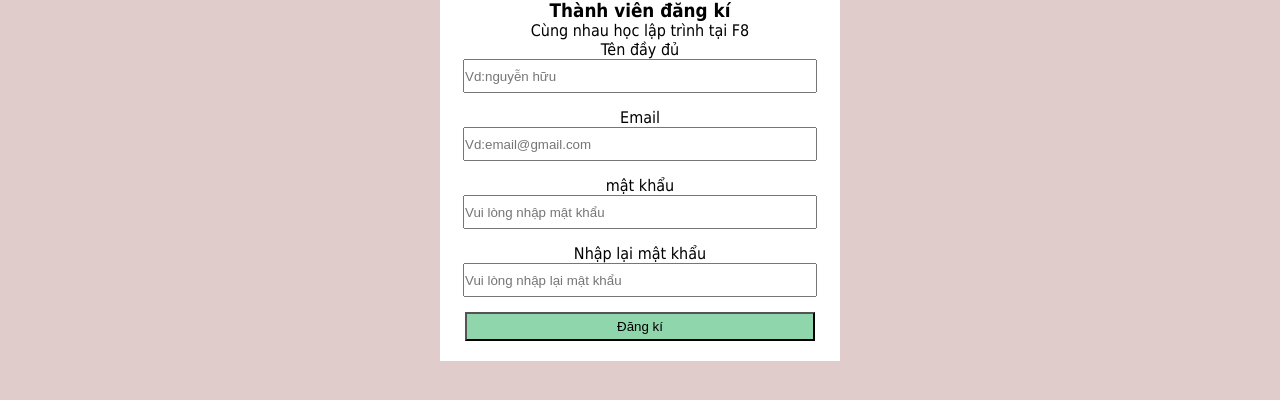
Repository: HuunvDev/Validator
Page: index.html
An editor plug-in stored every save of this project. The page is shown before and after a run of saves, followed by the edit.
The browser window is 1280 px wide. The pictures show the whole page.

Above is the page before, as saved 2022-08-20 08:59:38.

### index.html
<!DOCTYPE html>
<html lang="en">
<head>
    <meta charset="UTF-8">
    <meta http-equiv="X-UA-Compatible" content="IE=edge">
    <meta name="viewport" content="width=device-width, initial-scale=1.0">
    <title>Validitor</title>
    <link rel="stylesheet" href="style.css">
</head>
<body>
    <div class="main">
        <form action="" method="POST" class="form" id="form-1">
            <h3 class="heading">Thành viên đăng kí</h3>
            <p class="desc">Cùng nhau học lập trình tại F8</p>
            <div class="pacer"></div>
            <div class="form-group">
                <label for="fullName" class="form-lable">Tên đầy đủ</label><br>
                <input type="text" id="fullName" name="fullName" placeholder="Vd:nguyễn hữu"><br>
                <span class="form-message"></span>
            </div>
            <div class="form-group">
                <label for="email" class="form-lable">Email</label><br>
                <input type="text" id="email" name="email" placeholder="Vd:email@gmail.com"><br>
                <span class="form-message"></span>
            </div>
            <div class="form-group">
                <label for="password" class="form-lable">mật khẩu</label><br>
                <input type="text" id="password" name="password" placeholder="Vui lòng nhập mật khẩu"><br>
                <span class="form-message"></span>
            </div>
            <div class="form-group">
                <label for="password_confirmation" class="form-lable">Nhập lại mật khẩu</label><br>
                <input type="text" id="password_confirmation" name="password_confirmation" placeholder="Vui lòng nhập lại mật khẩu"><br>
                <span class="form-message"></span>
            </div>
           <button class="form-submit">Đăng kí</button>
        </form>
    </div>
    <script src="main.js"></script>
</body>
</html>

### style.css
form{
    width: 400px;
    margin: auto;
    font-family: tahoma;
    text-align: center;
    background-color: #fff;
}
*{
    margin:0;
    padding:0;
    overflow: hidden;
}
body{
    background-color: rgb(225, 204, 204);
}
input{
    width: 350px;
    height: 30px;
    margin-bottom:15px;
}
button.form-submit {
    padding: 5px;
    width: 350px;
    background-color: #90d6ac;
    margin-bottom: 20px;
}
span{
    font-size: 13px;
    color:grey;
}

### main.js
var fullName = document.getElementById('fullName');
var message = document.getElementsByClassName("form-message");
fullName.onblur = function(){
    if(!fullName.value){
        message.innerText ="Vui lòng nhập trường này";
    }
}

After the next 2 saves:
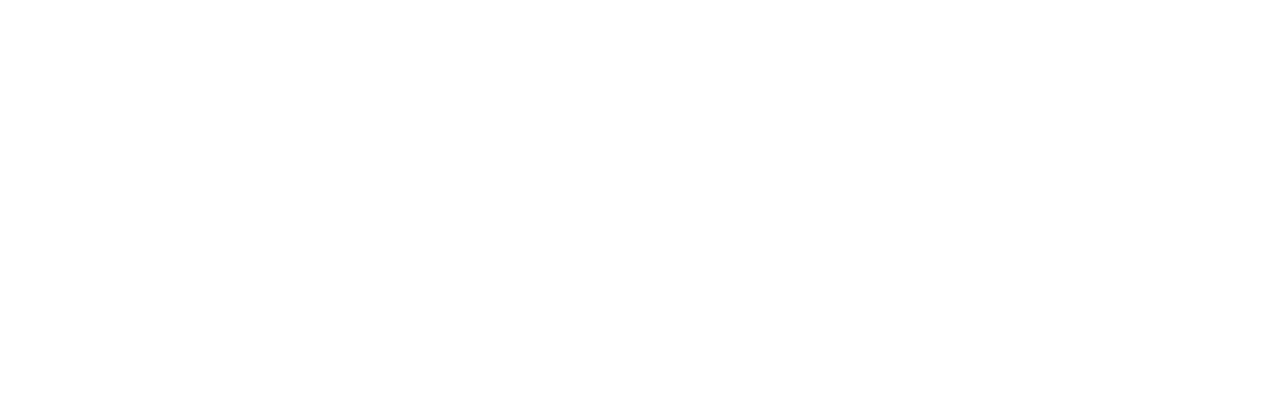
The 2 saves are shown as one change because they came seconds apart.
The last was saved 44 s later.
--- a/index.html
+++ b/index.html
@@ -4,7 +4,7 @@
     <meta charset="UTF-8">
     <meta http-equiv="X-UA-Compatible" content="IE=edge">
     <meta name="viewport" content="width=device-width, initial-scale=1.0">
-    <title>Validitor</title>
+    <title>Validitor765rea 1 +/title>
     <link rel="stylesheet" href="style.css">
 </head>
 <body>

After the 5 saves that followed:
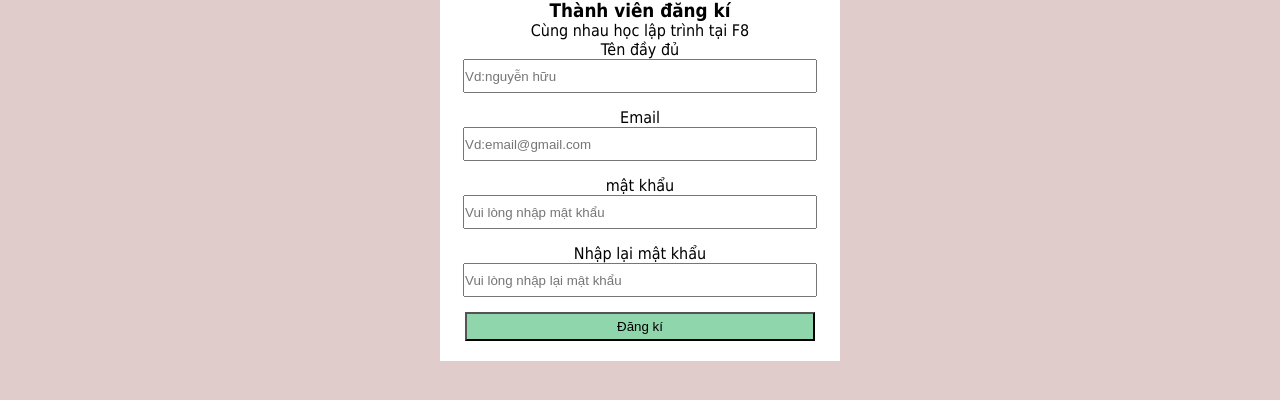
The 5 saves are shown as one change because 3 left the picture as it was and some came seconds apart.
The last was saved 2 min 35 s later.
--- a/index.html
+++ b/index.html
@@ -4,7 +4,7 @@
     <meta charset="UTF-8">
     <meta http-equiv="X-UA-Compatible" content="IE=edge">
     <meta name="viewport" content="width=device-width, initial-scale=1.0">
-    <title>Validitor765rea 1 +/title>
+    <title>Document</title>
     <link rel="stylesheet" href="style.css">
 </head>
 <body>
